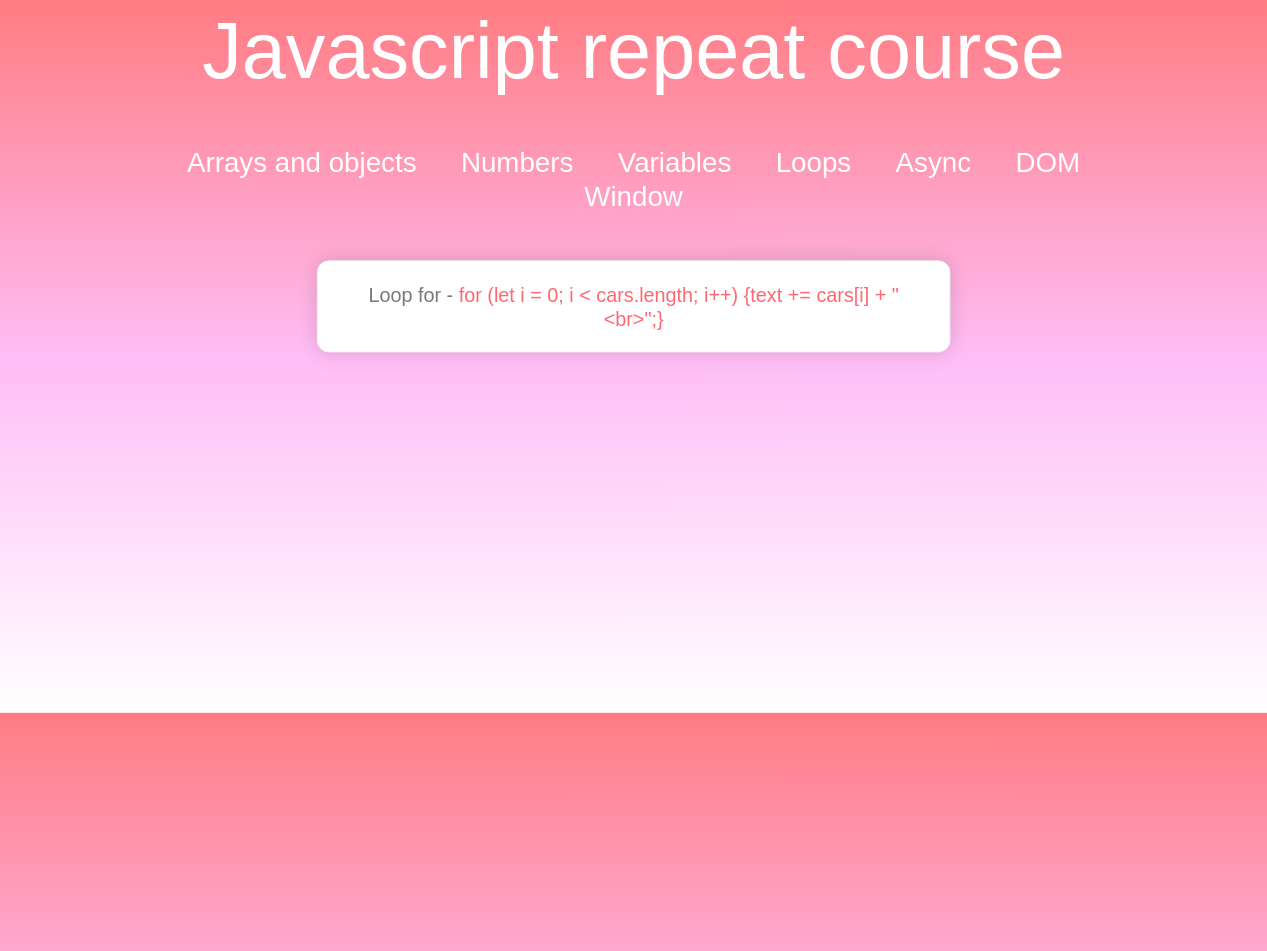
Repository: michalgornicki/javascript
Page: /#/Loops
The author's editor kept a copy of each file at every save. The page is drawn from the files as they stood at one save, then again after a run of saves.
The browser window is 1280 px wide. The pictures show the whole page, at 99% of full size.
Backgrounds fixed to the window are drawn as part of the page. The project was rebuilt for these pictures with package versions that can differ from the ones it lists, and the page was loaded fresh each time. Also part of the build but not shown: src/index.css, src/components/arrays.jsx, src/components/variables.jsx, src/components/numbers.jsx, src/components/async.jsx, src/components/DOM manipulation.jsx, src/components/window.jsx.

Above is the page before, as saved 2022-02-01 08:54:57.

### src/App.jsx
import React from "react";
import "./App.css";
import "bootstrap/dist/css/bootstrap.min.css";
import { Route, HashRouter as Router, Routes, Link } from "react-router-dom";
import Arrays from "./components/arrays.jsx"
import Variables from "./components/variables.jsx"
import Numbers from "./components/numbers.jsx"
import Loops from "./components/loops.jsx"
import Async from "./components/async.jsx"
import DOM from "./components/DOM manipulation.jsx"
import Window from "./components/window.jsx"

function App() {


  return (
    <Router>
    <div className="text-center">
      <div className="display-1 mt-1 mb-5 text-white">Javascript repeat course</div>

      <div className="h3 d-flex w-75 m-auto my-5 justify-content-evenly flex-wrap text-white">

      <Link className="link-style mx-3" to="/">Arrays and objects</Link>
      <Link className="link-style mx-3" to="/Numbers">Numbers</Link>
      <Link className="link-style mx-3" to="/Variables">Variables</Link>
      <Link className="link-style mx-3" to="/Loops">Loops</Link>
      <Link className="link-style mx-3" to="/Async">Async</Link>
      <Link className="link-style mx-3" to="/DOM">DOM</Link>
      <Link className="link-style mx-3" to="/Window">Window</Link>


      </div>

      <Routes>
          <Route path="/" element={<Arrays />} />
          <Route path="/Numbers" element={<Numbers />} />
          <Route path="/Variables" element={<Variables />} />
          <Route path="/Loops" element={<Loops />} />
          <Route path="/Async" element={<Async />} />
          <Route path="/DOM" element={<DOM />} />
          <Route path="/Window" element={<Window />} />
        </Routes>


    </div>
    </Router>
  );
}

export default App;

### src/App.css
body{
    font-family: Arial, Helvetica, sans-serif!important;
    overflow-x: hidden;
    padding-bottom: 80vh;
    height: auto;
    background: linear-gradient(0deg, rgb(255, 255, 255), rgb(255, 189, 246), rgb(255, 124, 130));
    background-attachment: fixed;
}

.js-item{
    color:rgb(121, 121, 121);
    background-color: white;
    transition: 0.2s;
    padding: 3vh;
    margin-bottom: 4vh!important;
    border: 1px solid rgb(240, 240, 240);
    width: 50%;
    margin-left: auto;
    margin-right: auto;
    box-shadow: 0px 0px 20px rgba(0, 0, 0, 0.15);
    border-radius: 0.75rem;
}

.js-item:hover{
    cursor: pointer;
    background-color: rgb(240, 240, 240);
}

.text-pink{
    color:rgb(255, 104, 112)!important;
}

.link-style{
    color: inherit;
    text-decoration: inherit;
}

.link-style:hover{
    color: rgb(255, 104, 112);
}

@media only screen and (max-device-width: 600px), (max-width: 600px) {

    .js-item{
        width: 95%;
    }

}

### src/components/loops.jsx
const Loops = () => {
  return (
    <div className="">
        <div className="js-item h5">
        {" "}
        <span className="">{`Loop for`} -</span>
        <span className="text-pink"> {`for (let i = 0; i < cars.length; i++)`} {`{text += cars[i] + "<br>";}`}</span> <br />
      </div>
    </div>
  );
};

export default Loops;

Loaded but not shown: public/index.html (common file); src/index.js (common file); src/reportWebVitals.js (common file)

After the next 3 saves:
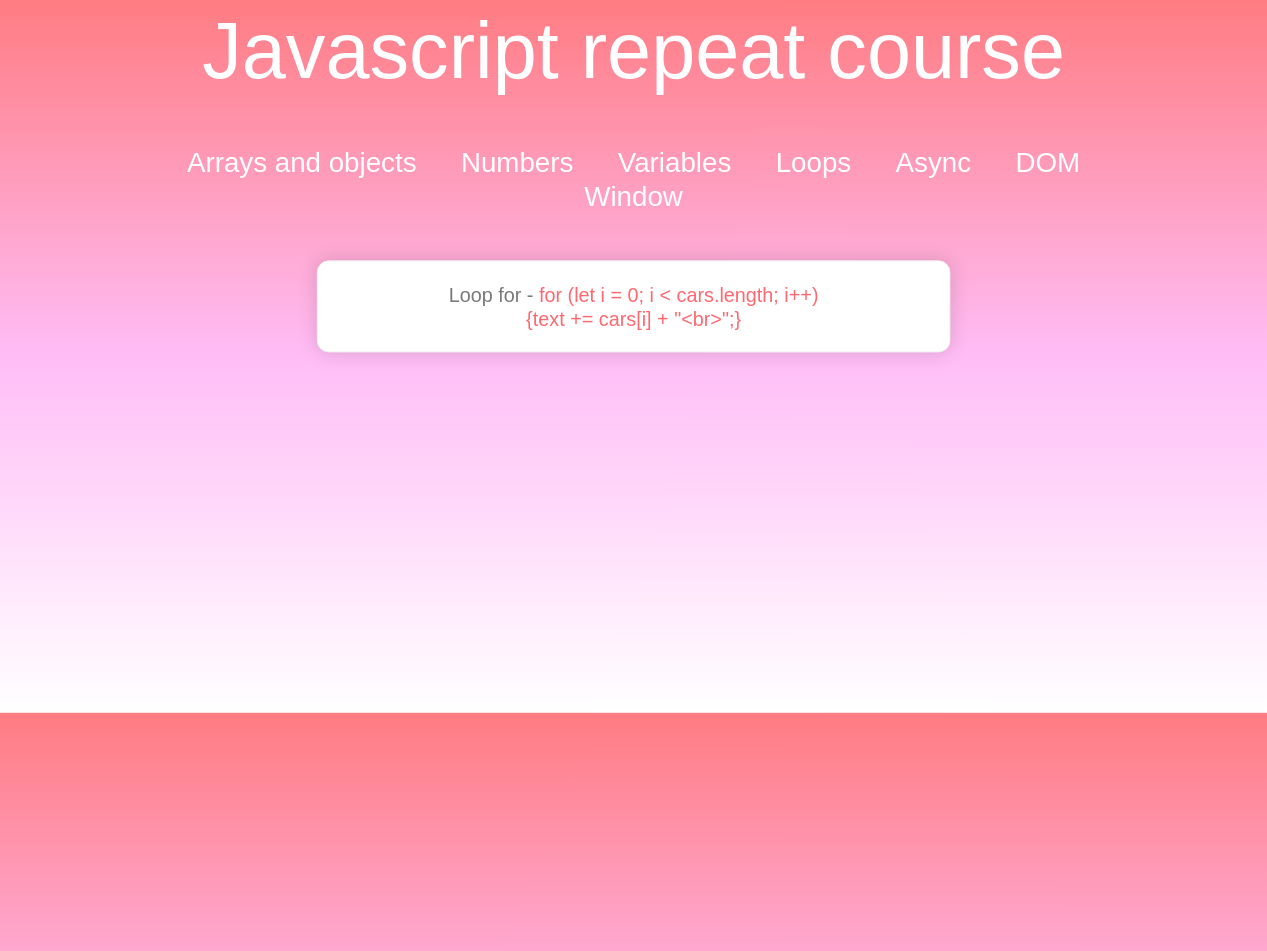
The 3 saves are shown as one change because they came seconds apart.
The last was saved 7 s later.
--- a/src/components/loops.jsx
+++ b/src/components/loops.jsx
@@ -4,7 +4,7 @@ const Loops = () => {
         <div className="js-item h5">
         {" "}
         <span className="">{`Loop for`} -</span>
-        <span className="text-pink"> {`for (let i = 0; i < cars.length; i++)`} {`{text += cars[i] + "<br>";}`}</span> <br />
+        <span className="text-pink"> {`for (let i = 0; i < cars.length; i++)`} <br /> {`{text += cars[i] + "<br>";}`}</span> <br />
       </div>
     </div>
   );
